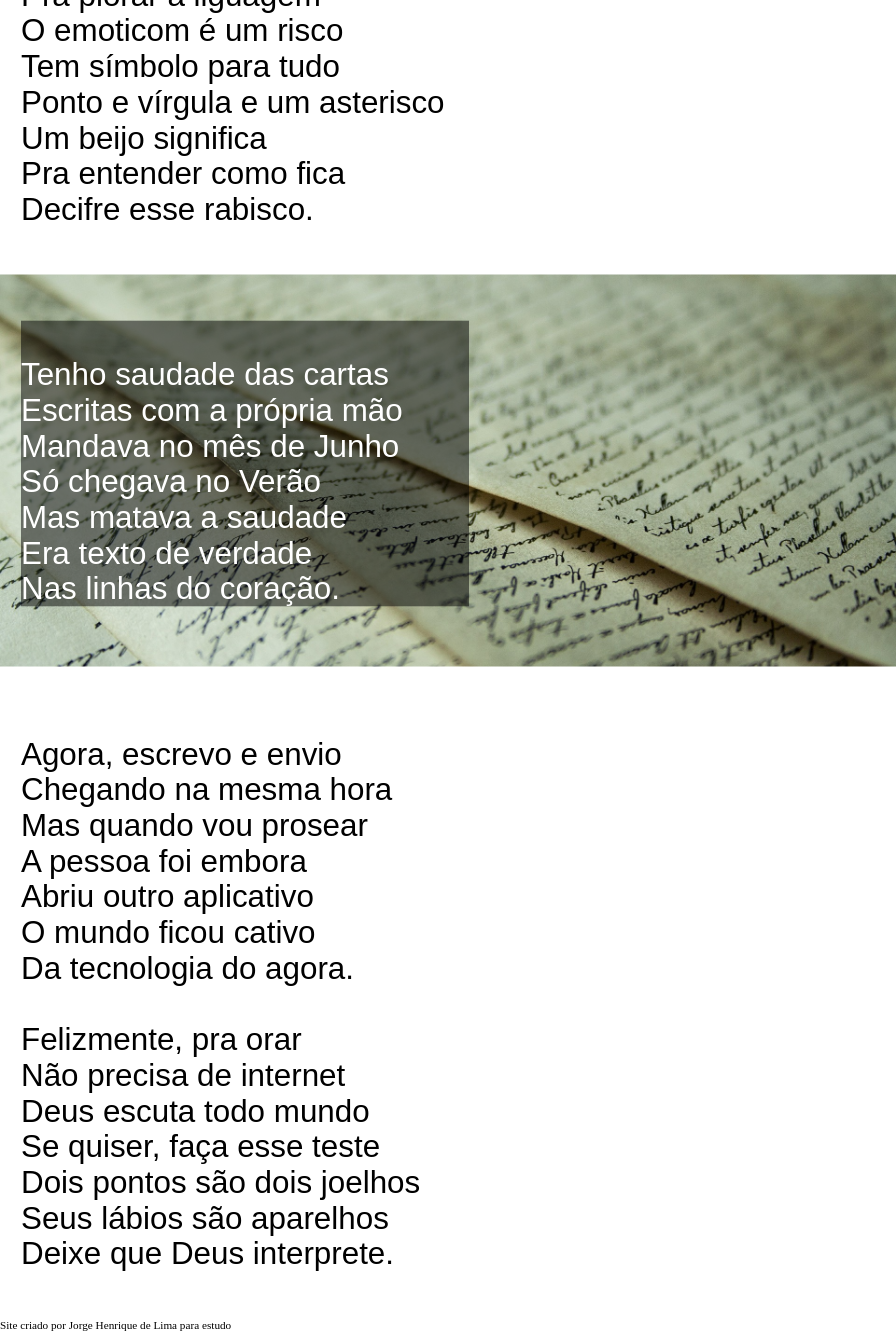
Repository: jorgprado/curso-html-css-Guanabara
Page: exec-pag-cordel/index.html
An editor plug-in stored every save of this project. The page is shown before and after the next save, followed by the edit.
The browser window is 1280 px wide. The pictures show the part of the page from y = 1853 to 3773 px (the page is 3755 px tall before and 3773 px after), at 70% of full size.
Backgrounds fixed to the window are drawn as part of the page. Some web fonts or font styles are not loaded; a fallback is used.

Above is the page before, as saved 2023-05-18 17:00:12.

After the next save:
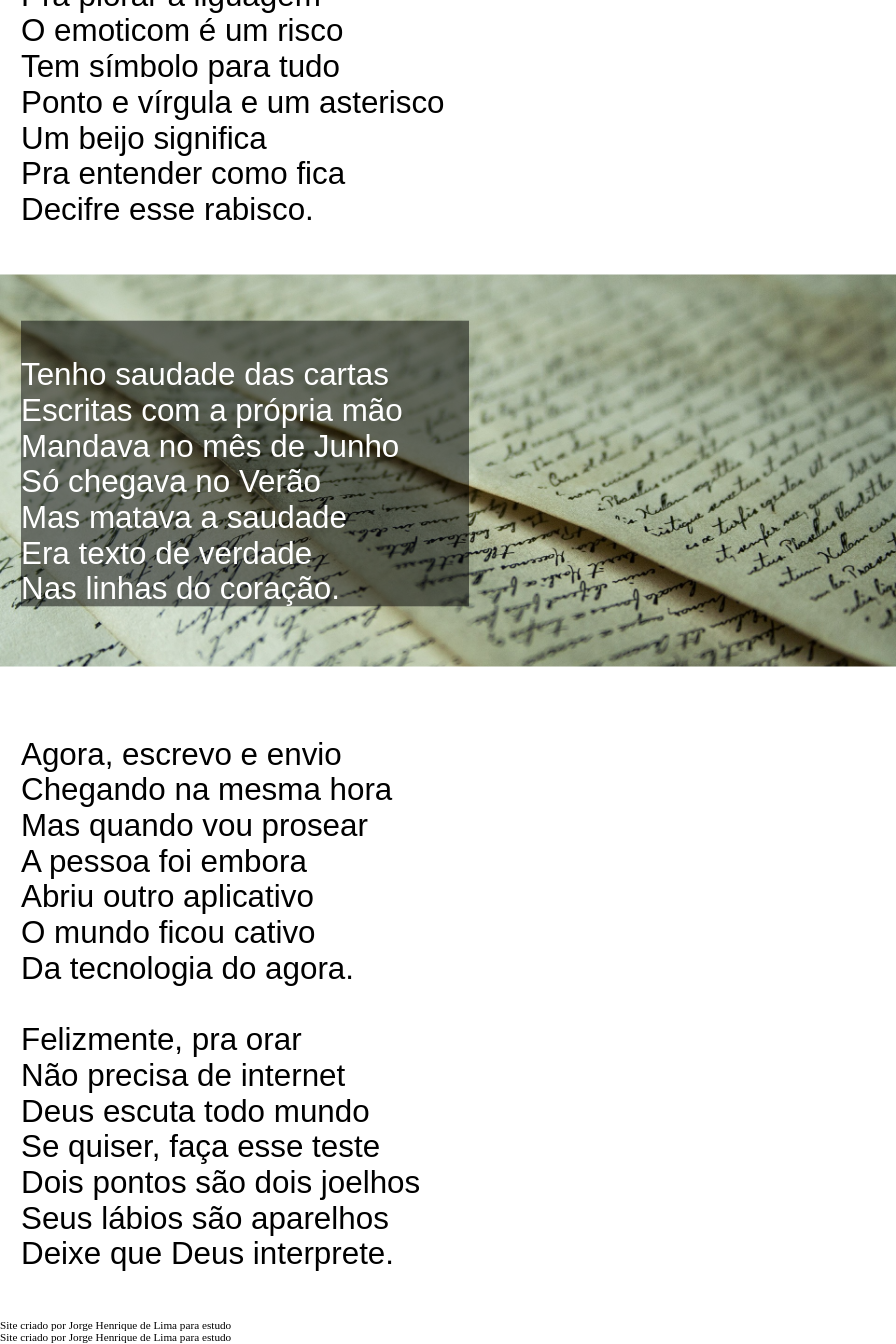
Saved 14 s later.
--- a/exec-pag-cordel/index.html
+++ b/exec-pag-cordel/index.html
@@ -96,6 +96,7 @@
     </main>
     <footer>
         <p>Site criado por Jorge Henrique de Lima para estudo</p>
+        <p>Site criado por Jorge Henrique de Lima para estudo</p>
     </footer>
 
 </body>
